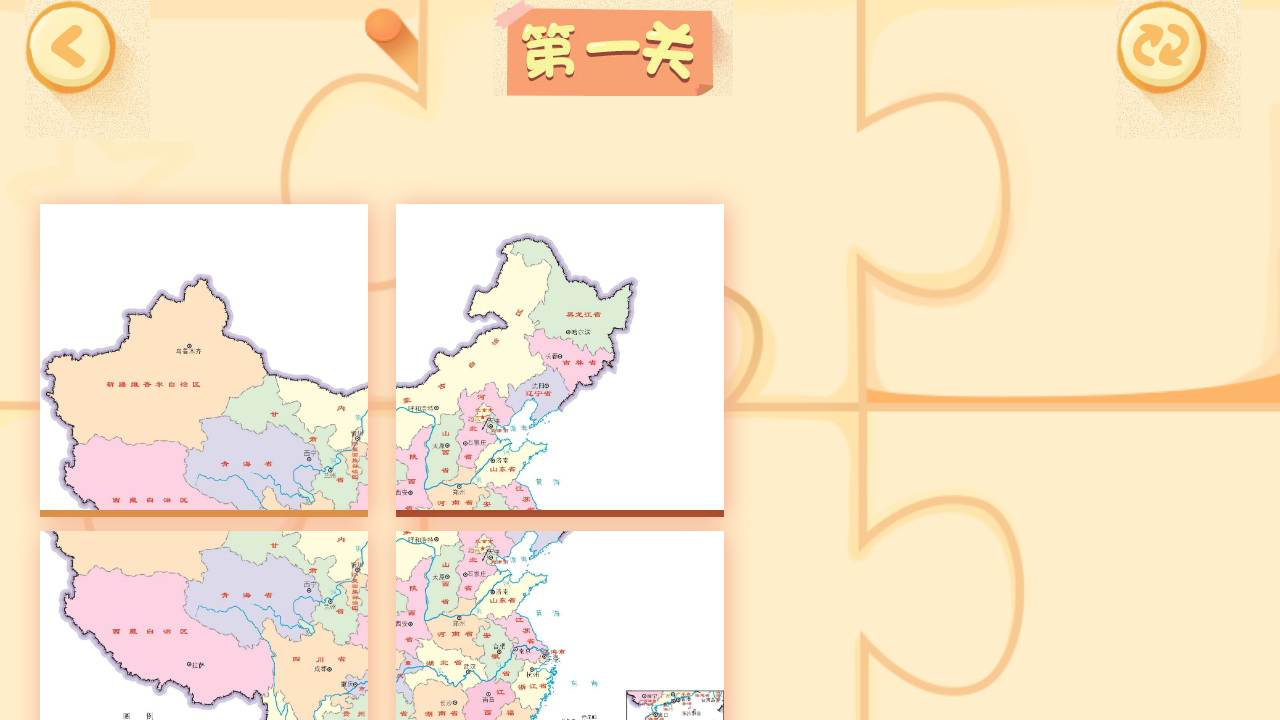
Repository: RedrockTeam/China-map-puzzle
Page: /#/first
These files come from the project's save history. The page is drawn as it stood at one moment and after the next save; the edit follows.
The browser window is 1280 px wide. The pictures show the whole page.
Some web fonts or font styles are not loaded; a fallback is used. The project was rebuilt for these pictures with package versions that can differ from the ones it lists, and the page was loaded fresh each time. Also part of the build but not shown: vue.config.js, src/network/request.js, src/views/home.vue, src/views/pass.vue, src/components/dialog.vue.

Above is the page before, as saved 2019-09-24 23:33:16.

After the next save:
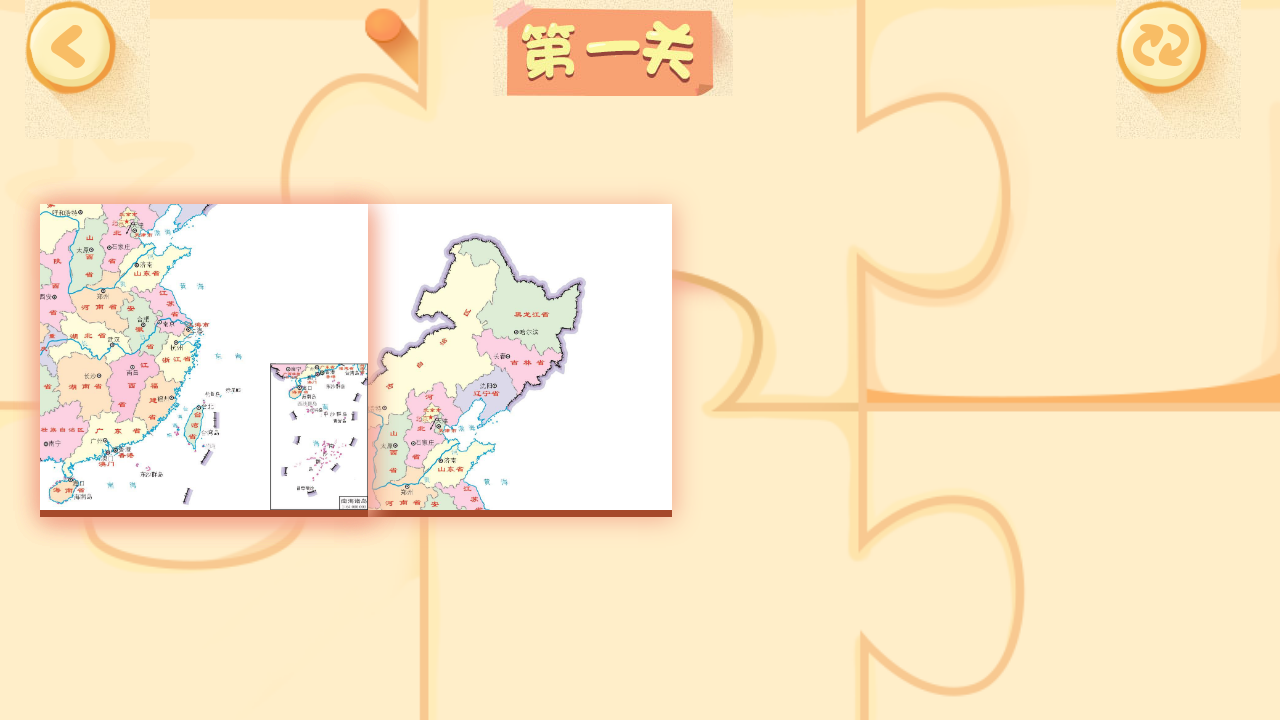
Saved 4 min 17 s later.
--- a/src/views/first.vue
+++ b/src/views/first.vue
@@ -204,10 +204,11 @@ export default {
       height: 306px;
       box-shadow: 2px 2px 24px #f3a98f;
       margin: 14px 14px 0 14px;
-      float: left;
+      // float: left;
       border-bottom: 7px solid #a6492b;
       background: url("../assets/img/button/map.jpg");
       transition: all 0.5s ease 0s;
+      position: absolute;
     }
     .first {
       background-size: 200%;
@@ -217,6 +218,7 @@ export default {
     .second {
       background-position-x: 328px;
       background-size: 200%;
+      left: 330px;
     }
     .third {
       background-position: 0 306px;
